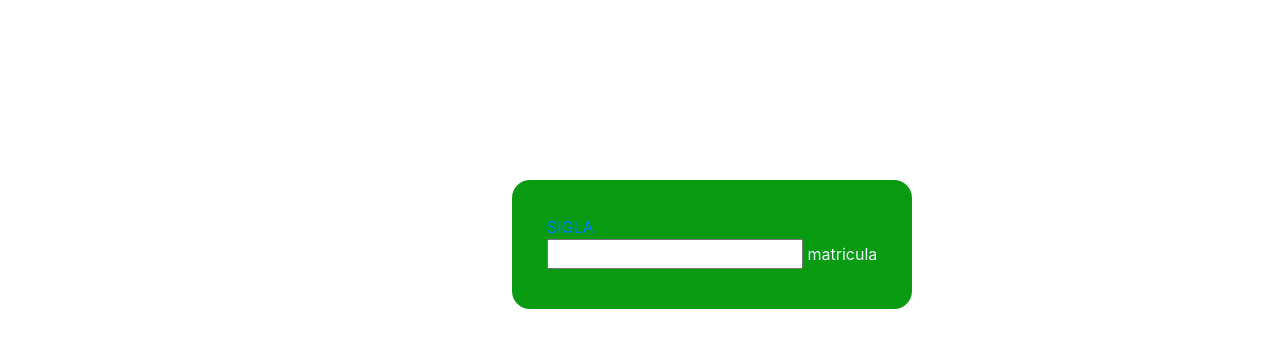
Repository: Melancia06/agenda
Page: index.html
The author's editor kept a copy of each file at every save. The page is drawn from the files as they stood at one save, then again after a run of saves.
The browser window is 1280 px wide. The pictures show the whole page.

Above is the page before, as saved 2024-08-08 09:29:39.

After the next 2 saves:
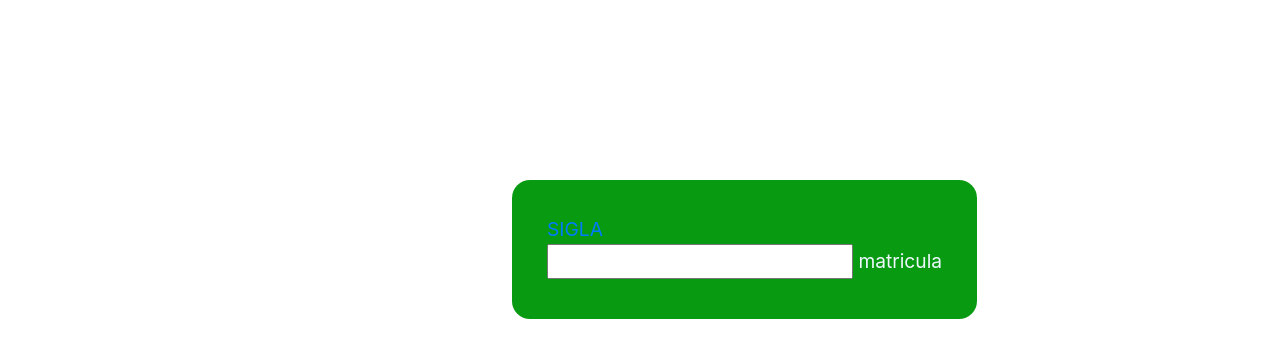
The 2 saves are shown as one change because they came seconds apart.
The last was saved 19 s later.
--- a/css/css.css
+++ b/css/css.css
@@ -6,8 +6,9 @@
     padding: 35px;
     border-radius: 18px;
     color: aliceblue;
+ font-size: larger;
 }
 .marca-marca:hover{
-    font-size: larger;
+
     background-color:rgb(18, 175, 18);
 }
